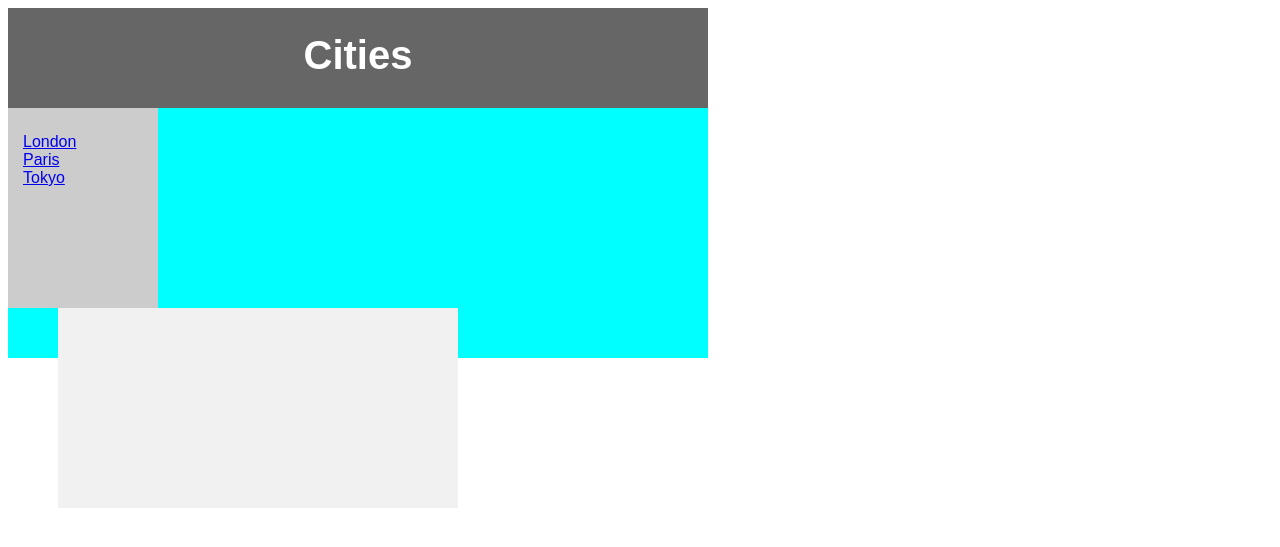
Repository: LongNguyen2504/T3H-FrondEnd
Page: Lesson3_CSS_HomeWork1.html
An editor plug-in stored every save of this project. The page is shown before and after the next save, followed by the edit.
The browser window is 1280 px wide. The pictures show the whole page.

Above is the page before, as saved 2021-12-01 17:59:02.

After the next save:
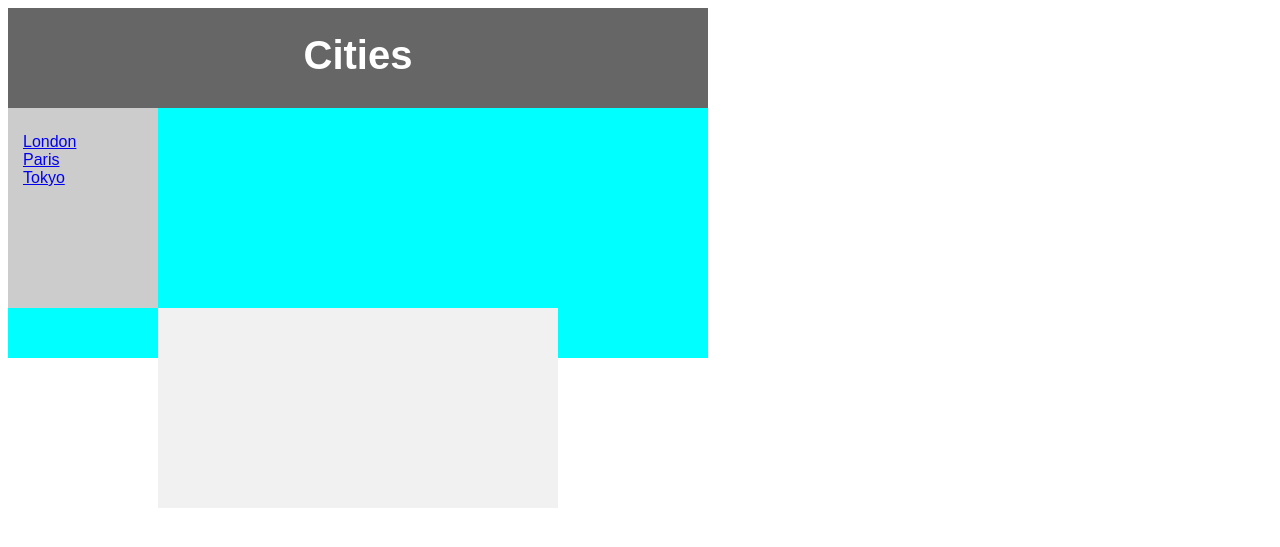
Saved 8 s later.
--- a/Lesson3_CSS_HomeWork1.css
+++ b/Lesson3_CSS_HomeWork1.css
@@ -39,5 +39,5 @@ div.right-column{
     width: 400px;
     height: 200px;
     position: relative;
-    left: 50px;
+    left: 150px;
 }
